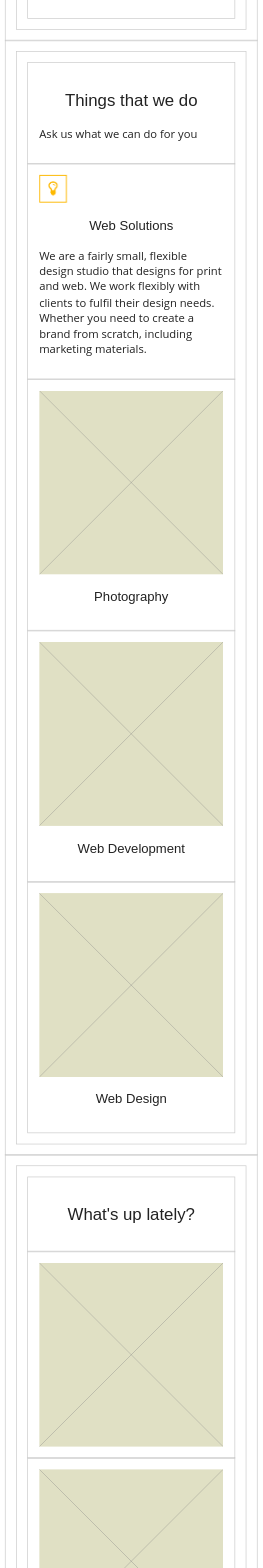
Repository: lpcmendoza/LAB02BF_Group9
Page: index.html
The author's editor kept a copy of each file at every save. The page is drawn from the files as they stood at one save, then again after the next save.
The browser window is 375 px wide. The pictures show the part of the page from y = 977 to 3217 px (the page is 7014 px tall before and 7022 px after), at 70% of full size.

Above is the page before, as saved 2024-02-11 21:11:44.

After the next save:
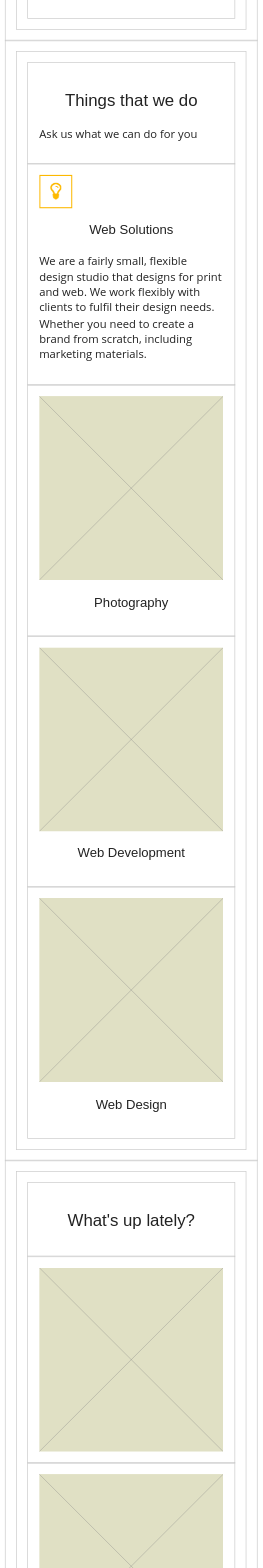
Saved 67 s later.
--- a/css/style.css
+++ b/css/style.css
@@ -178,8 +178,8 @@
   }
 
   .icons {
-      width: 40px;
-      height: 40px;
+      max-width: 3em;
+      max-height: 3em;
   }
 }
 
